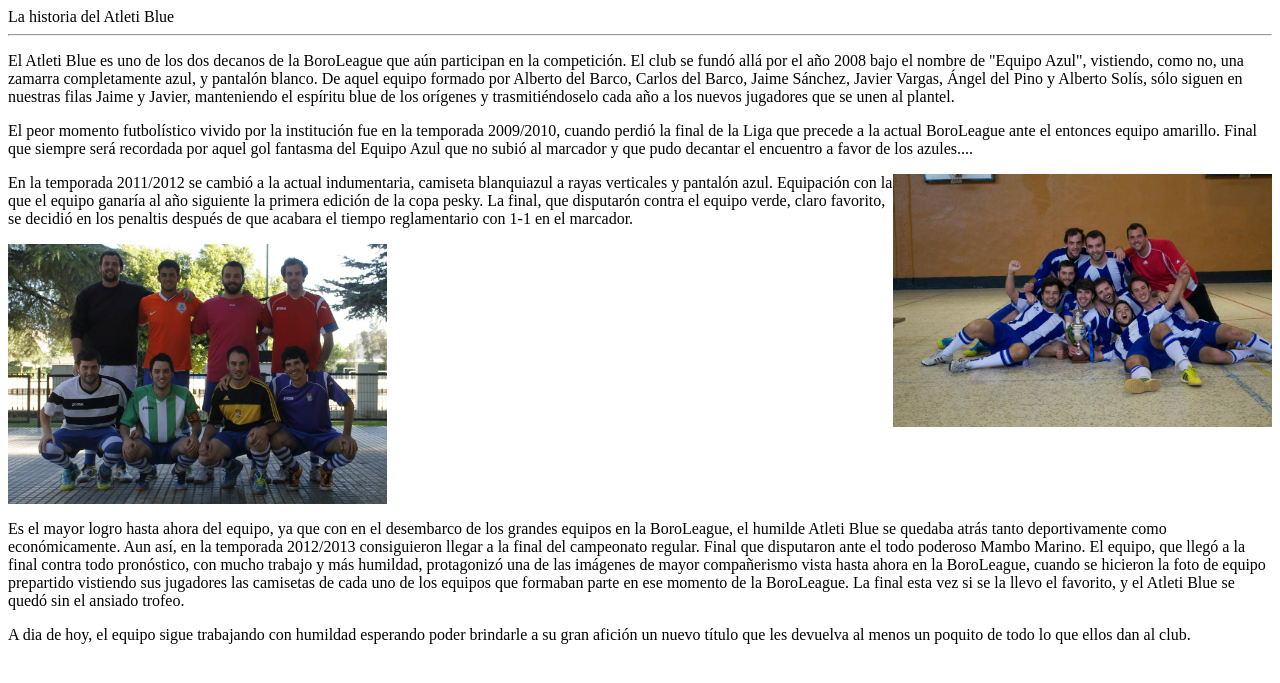
Repository: DiegoGodoy/atletiblue
Page: app/views/historia.html
The author's editor kept a record of every edit. The page is drawn from the files as they stood at one moment, then again after the next edit.
The browser window is 1280 px wide. The pictures show the whole page.

Above is the page before.

### app/views/historia.html
<div class="container" >
        <div class="row">

            <div class="col-md-12">
                <div class="panel">
                    <div class="panel-body">
                        <span class="titulosPortada">La historia del Atleti Blue</span>
                        <hr class="separadorTitulos">
                        <div class="historia">
                            <p>El Atleti Blue es uno de los dos decanos de la BoroLeague que aún participan en la competición. El club se fundó allá por el año 2008
                            bajo el nombre de "Equipo Azul", vistiendo, como no, una zamarra completamente azul, y pantalón blanco. De aquel equipo formado por Alberto del Barco,
                            Carlos del Barco, Jaime Sánchez, Javier Vargas, Ángel del Pino y Alberto Solís, sólo siguen en nuestras filas Jaime y Javier, manteniendo el espíritu
                            blue de los orígenes y trasmitiéndoselo cada año a los nuevos jugadores que se unen al plantel.</p>
                            <p>El peor momento futbolístico vivido por la institución fue en la temporada 2009/2010, cuando perdió la final de la Liga que precede a la actual BoroLeague
                            ante el entonces equipo amarillo. Final que siempre será recordada por aquel gol fantasma del Equipo Azul que no subió al marcador y que pudo decantar el encuentro
                            a favor de los azules....</p>
                                <div ><img src="images/historia/pesky.jpg" style="float: right; border: 0; width: 30%; height: auto;" alt="Foto final 2012/2013"></div>

                            <p>En la temporada 2011/2012 se cambió a la actual indumentaria, camiseta blanquiazul a rayas verticales y pantalón azul. Equipación con la que el equipo ganaría
                            al año siguiente la primera edición de la copa pesky. La final, que disputarón contra el equipo verde, claro favorito, se decidió en los penaltis después de que
                            acabara el tiempo reglamentario con 1-1 en el marcador.</p>
                             <div class="izquierda">
                                <div ><img src="images/historia/final13.png" border="0" width="30%" height="auto" alt="Foto final 2012/2013"></div>
                            </div>
                            <p>Es el mayor logro hasta ahora del equipo, ya que con en el desembarco de los grandes equipos en la BoroLeague, el humilde Atleti Blue se quedaba atrás tanto
                            deportivamente como económicamente. Aun así, en la temporada 2012/2013 consiguieron llegar a la final del campeonato regular. Final que disputaron ante el todo
                            poderoso Mambo Marino. El equipo, que llegó a la final contra todo pronóstico, con mucho trabajo y más humildad, protagonizó una de las imágenes de mayor compañerismo
                            vista hasta ahora en la BoroLeague, cuando se hicieron la foto de equipo prepartido vistiendo sus jugadores las camisetas de cada uno de los equipos que formaban
                            parte en ese momento de la BoroLeague. La final esta vez si se la llevo el favorito, y el Atleti Blue se quedó sin el ansiado trofeo.</p>
                            <p>A dia de hoy, el equipo sigue trabajando con humildad esperando poder brindarle a su gran afición un nuevo título que les devuelva al menos un poquito de todo
                            lo que ellos dan al club.</p>
                        </div>
                    </div>
                </div>
            </div>
            <!--/col-12-->
        </div>
    </div>

After the next edit:
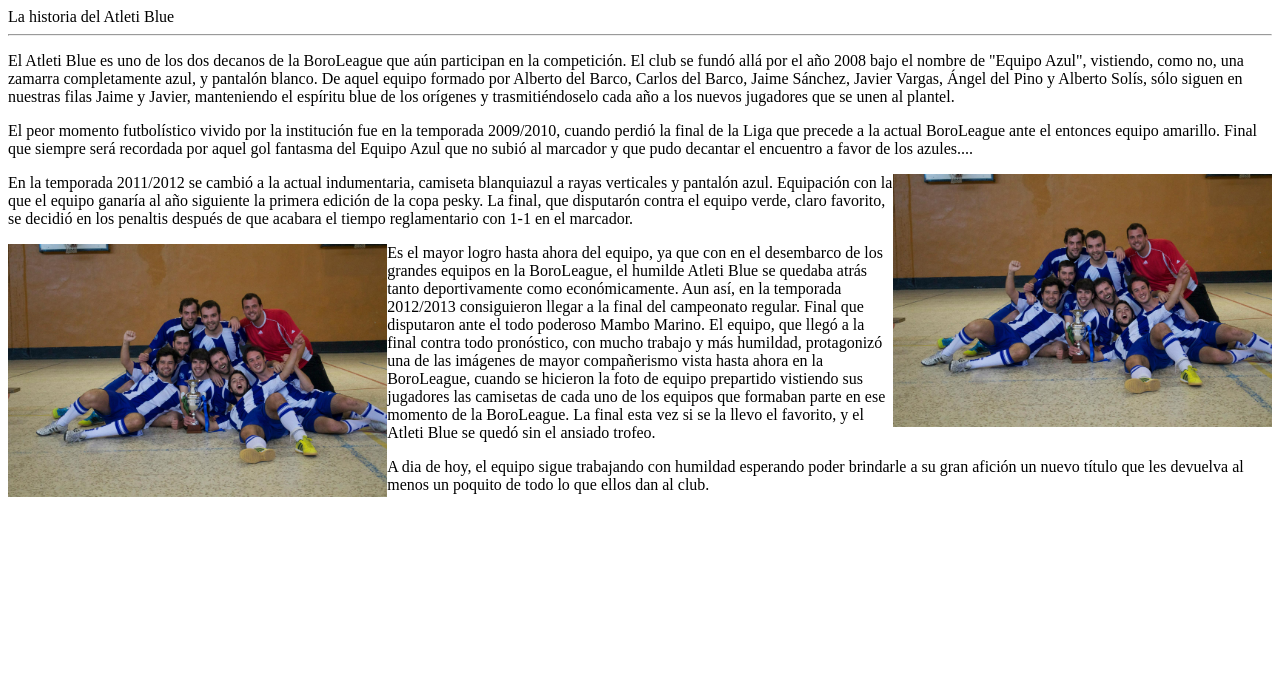
The edit:
--- a/app/views/historia.html
+++ b/app/views/historia.html
@@ -19,9 +19,7 @@
                             <p>En la temporada 2011/2012 se cambió a la actual indumentaria, camiseta blanquiazul a rayas verticales y pantalón azul. Equipación con la que el equipo ganaría
                             al año siguiente la primera edición de la copa pesky. La final, que disputarón contra el equipo verde, claro favorito, se decidió en los penaltis después de que
                             acabara el tiempo reglamentario con 1-1 en el marcador.</p>
-                             <div class="izquierda">
-                                <div ><img src="images/historia/final13.png" border="0" width="30%" height="auto" alt="Foto final 2012/2013"></div>
-                            </div>
+                            <div ><img src="images/historia/pesky.jpg" style="float: left; border: 0; width: 30%; height: auto;" alt="Foto final 2012/2013"></div>
                             <p>Es el mayor logro hasta ahora del equipo, ya que con en el desembarco de los grandes equipos en la BoroLeague, el humilde Atleti Blue se quedaba atrás tanto
                             deportivamente como económicamente. Aun así, en la temporada 2012/2013 consiguieron llegar a la final del campeonato regular. Final que disputaron ante el todo
                             poderoso Mambo Marino. El equipo, que llegó a la final contra todo pronóstico, con mucho trabajo y más humildad, protagonizó una de las imágenes de mayor compañerismo
